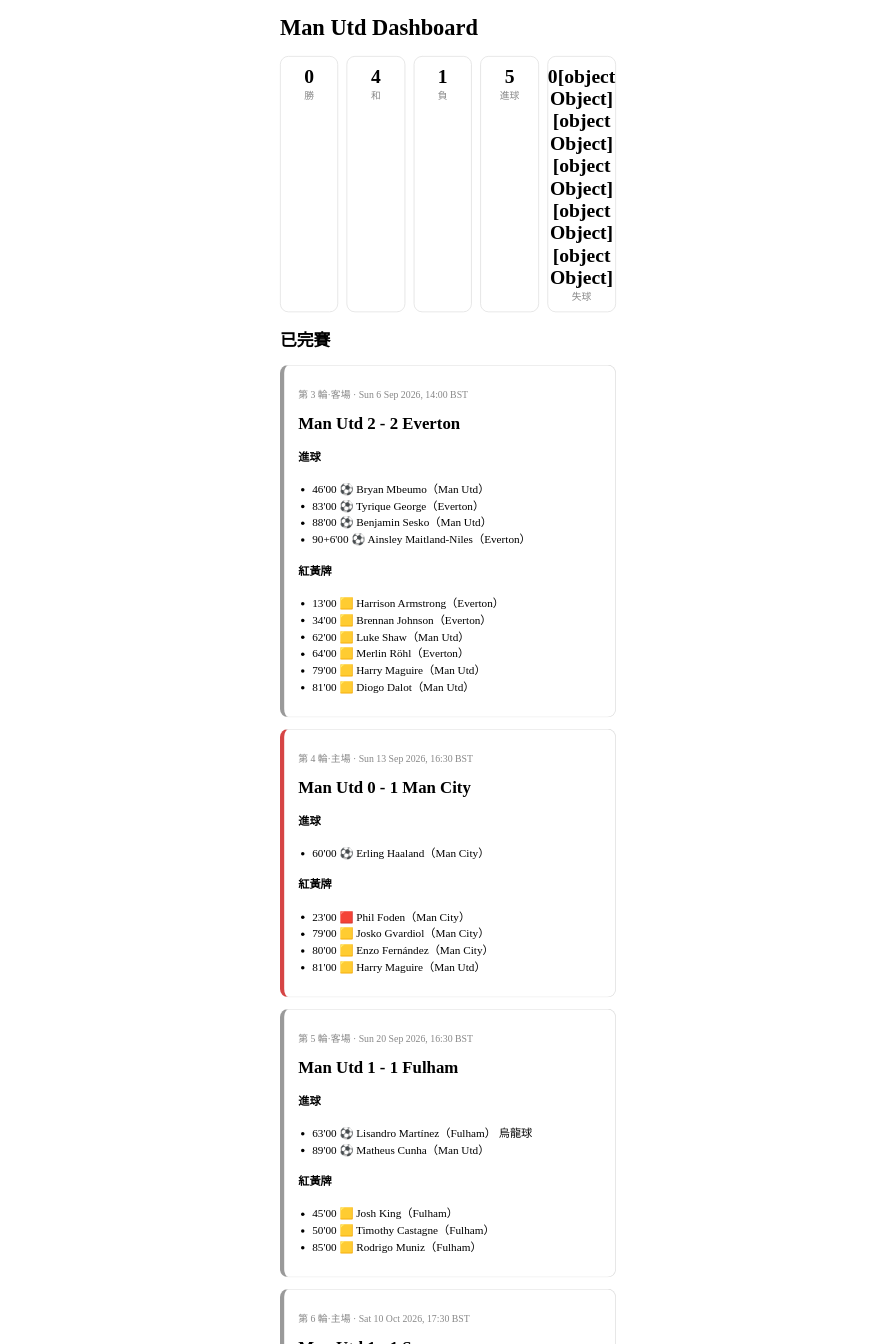
Repository: Chengyu0814/Premier-League-Dashboard
Page: / (app in frontend/)
An editor plug-in stored every save of this project. The page is shown before and after the next save, followed by the edit.
The browser window is 1280 px wide. The pictures show the part of the page from y = 0 to 1920 px (the page is 3296 px tall before and 3008 px after), at 70% of full size.
The project was rebuilt for these pictures with package versions that can differ from the ones it lists, and the page was loaded fresh each time. Also part of the build but not shown: frontend/vite.config.js.

Above is the page before, as saved 2026-10-26 16:32:45.

After the next save:
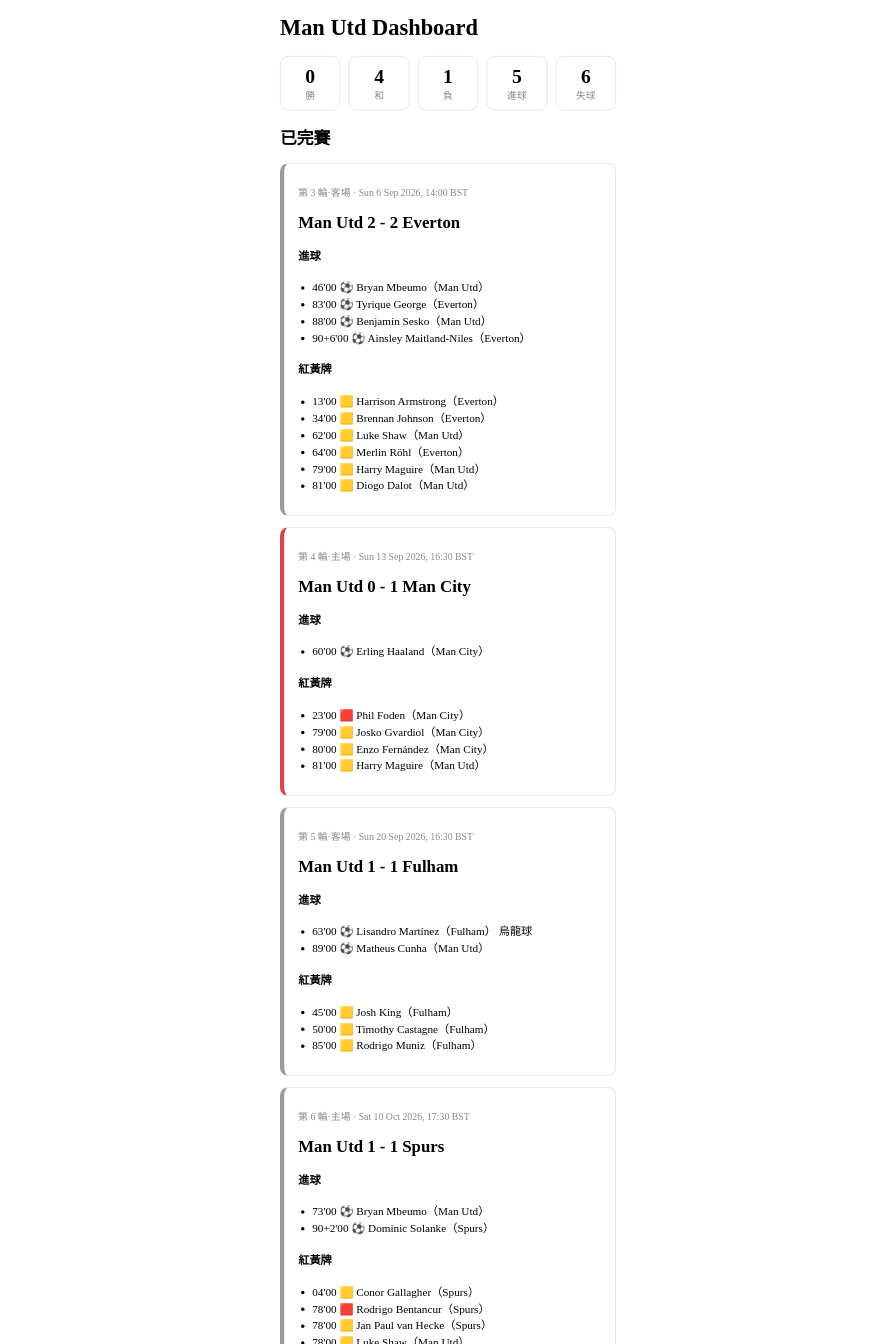
Saved 5 s later.
--- a/frontend/src/Summary.jsx
+++ b/frontend/src/Summary.jsx
@@ -8,7 +8,7 @@
         const {us, them, result} = getResult(m)
 
         goalsFor += us.score
-        goalsAgainst += them
+        goalsAgainst += them.score
         if (result==="W") win++
         else if (result==="D") draw++
         else loss++
